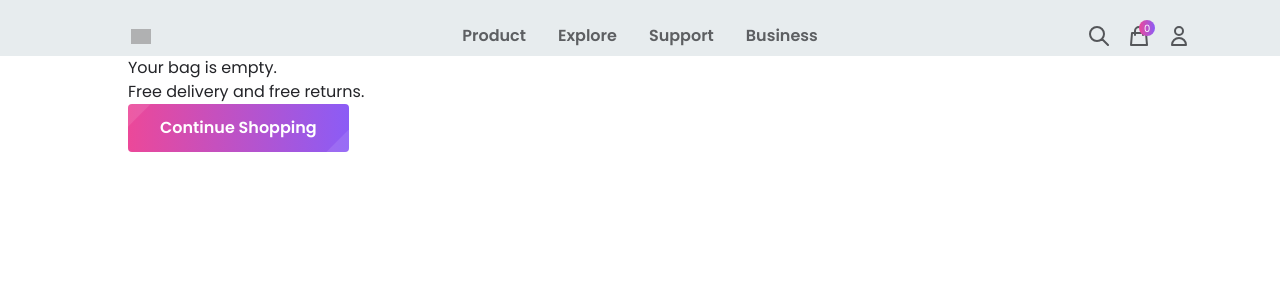
Repository: aliamini1422/semiAppleSite
Page: /checkout
These files come from the project's save history. The page is drawn as it stood at one moment and after the next save; the edit follows.
The browser window is 1280 px wide. The pictures show the whole page.
Pictures or frames that could not be fetched are drawn as grey boxes. The page's requests for data from a server got no answer. The project was rebuilt for these pictures with package versions that can differ from the ones it lists, and the page was loaded fresh each time. The framework's server and built-in components were replaced by stand-ins that run in the browser. No one was signed in, and anything a server would have sent is missing. Also part of the build but not shown: next.config.js, sanity.js, components/CheckoutProduct.tsx.

Above is the page before, as saved 2022-09-05 02:22:57.

### pages/_app.tsx
import '../styles/globals.css'
import type { AppProps } from 'next/app'
import { Provider} from "react-redux";
import { store } from "../redux/store";
import { Toaster } from "react-hot-toast";

function MyApp({ Component, pageProps }: AppProps) {
  return (
    <Provider store={store}>
      <Toaster />
      <Component {...pageProps} />
    </Provider>
  )
}

export default MyApp

### pages/checkout.tsx
import React from 'react'
import Header from '../components/Header'
import { useSelector } from 'react-redux';
import { selectBasketItems } from '../redux/basketSlice';
import { useRouter } from 'next/router';
import Button from '../components/Button';
import { useState, useEffect } from 'react';
import CheckoutProduct from '../components/CheckoutProduct';

function checkout() {
    const items = useSelector(selectBasketItems);
    const router = useRouter();
    const [groupedItemsInBasket, setGroupedItemsInBasket] = useState({} as {[key: string]: Product []});


    useEffect(()=>{
        const groupedItems = items.reduce((results, item)=>{
            (results[item._id] = results[item._id] || []).push(item);
            return results;
        },{} as {[key: string]: Product []})
        setGroupedItemsInBasket(groupedItems);
    },[items]);



  return (
    <div>
        <Header />
        <main className='mx-auto max-w-5xl pb-24'>
            <div>
                <h1>{items.length > 0 ? "Review your bag" : "Your bag is empty."}</h1>
            </div>
            <p>Free delivery and free returns.</p>
            {items.length === 0 && (<Button title='Continue Shopping' onClick={()=>router.push("/")} />)}
            <div>
                {items.length > 0 && (
                    <div className='mx-8 md:mx-16'>
                        {Object.entries(groupedItemsInBasket).map(([key, items]) =>(
                            <CheckoutProduct key={key} items={items} id={key} />
                        ))}
                    </div>
                )}
            </div>
        </main>
    </div>
  )
}

export default checkout

### styles/globals.css
@import url('https://fonts.googleapis.com/css2?family=Poppins:ital,wght@0,100;0,200;0,300;0,400;0,500;0,600;0,700;0,800;0,900;1,100;1,200;1,400;1,500;1,600;1,700;1,800;1,900&display=swap');
@tailwind base;
@tailwind components;
@tailwind utilities;

@layer base{
    body{
        @apply font-body text-[#232428]
    }
}
@layer components{
    .headerLink{
        @apply cursor-pointer  font-semibold opacity-70 transition hover:opacity-100
    }
    .headerIcon{
        @apply w-6 h-6 cursor-pointer opacity-75 transition hover:opacity-100
    }
    .link{
        @apply relative cursor-pointer text-lg font-medium before:absolute before:inset-x-0 before:rounded-bl before:origin-left before:-bottom-1.5
         before:h-0.5 before:bg-black before:transform before:scale-x-0 before:transition-all before:duration-200
         hover:before:scale-x-100
    }

    .borderGradient{
        @apply text-center pb-1 bg-gradient-to-r from-[#ec4899] to-[#8b5cf6] bg-left-bottom bg-no-repeat bg-[length:100%_2px]
    }
    .tabPanel{
        @apply grid grid-cols-1 gap-8 sm:grid-cols-2 md:grid-cols-1 lg:grid-cols-2 xl:grid-cols-3
    }
}

### redux/store.ts
import { configureStore } from '@reduxjs/toolkit'
import basketReducer from './basketSlice';

export const store = configureStore({
  reducer: {
    basket: basketReducer,
  },
})

// Infer the `RootState` and `AppDispatch` types from the store itself
export type RootState = ReturnType<typeof store.getState>
// Inferred type: {posts: PostsState, comments: CommentsState, users: UsersState}
export type AppDispatch = typeof store.dispatch

### components/Header.tsx
import Image from 'next/image'
import Link from 'next/link'
import React from 'react'
import { useSelector } from 'react-redux';
import {SearchIcon, ShoppingBagIcon, UserIcon} from '@heroicons/react/outline';
import { selectBasketItems } from '../redux/basketSlice';
import { useRouter } from 'next/router';
function Header() {
  const router = useRouter();
  const items = useSelector(selectBasketItems);
  const session = false;
  return (
    <header className='sticky top-0 w-full z-30 flex items-center justify-between bg-[#E7ECEE] pt-4 px-4'>
      <div className='flex items-center justify-center md:w-1/5'>
        <Link href= "/">
          <div className='relative w-5 h-10 cursor-pointer opacity-75  transition hover:opacity-100'>
            <Image src="https://upload.wikimedia.org/wikipedia/commons/thumb/f/fa/Apple_logo_black.svg/1667px-Apple_logo_black.svg.png" layout='fill' objectFit='contain'/>
          </div>
        </Link>
      </div>
      <div className='hidden flex-1 items-center justify-center space-x-8 md:flex'>
        <a className='headerLink' href="/">Product</a>
        <a className='headerLink' href="/">Explore</a>
        <a className='headerLink' href="/">Support</a>
        <a className='headerLink' href="/">Business</a>
      </div>
      <div className='flex gap-x-4 items-center justify-center md:w-1/5'>
        <SearchIcon className='headerIcon'/>
        <div className='relative cursor-pointer'>
          <span className='absolute -right-1 -top-1 z-30 flex items-center w-4 h-4 justify-center bg-gradient-to-r from-pink-500 to-violet-500
          rounded-full text-[10px] text-white'>{items.length}</span>
          <ShoppingBagIcon className='headerIcon' onClick={()=>{router.push("/checkout")}}/>
        </div>
        {session ? (<Image src="" className='cursor-pointer rounded-full'/>): (<UserIcon className='headerIcon'/>)}
      </div>
    </header>
  )
}

export default Header

### redux/basketSlice.ts
import { createSlice } from '@reduxjs/toolkit'
import type { PayloadAction } from '@reduxjs/toolkit'
import type { RootState } from './store'
import { stat } from 'fs'

// Define a type for the slice state
interface BasketState {
  items:Product[]
}

// Define the initial state using that type
const initialState: BasketState = {
  items:[],
}

export const basketSlice = createSlice({
  name: 'basket',
  // `createSlice` will infer the state type from the `initialState` argument
  initialState,
  reducers: {
    addToBasket: (state: BasketState, action:PayloadAction<Product>) => {
      state.items = [...state.items, action.payload];
    },
    removeFromBasket: (
      state: BasketState,
      action: PayloadAction<{ id: string }>
    ) => {
      const index = state.items.findIndex(
        (item: Product) => item._id === action.payload.id
      );

      let newBasket = [...state.items];

      if (index >= 0) {
        newBasket.splice(index, 1);
      } else {
        console.log(
          `Cant remove product (id: ${action.payload.id}) as its not in basket!`
        );
      }

      state.items = newBasket;
    },
    // Use the PayloadAction type to declare the contents of `action.payload`

  },
})

export const { addToBasket, removeFromBasket } = basketSlice.actions

// Other code such as selectors can use the imported `RootState` type
export const selectBasketItems = (state: RootState) => state.basket.items;
export const selectBasketItemsWithId = (state: RootState, id:string) => {
    state.basket.items.filter((item:Product)=> item._id === id);
 };
export const selectBasketTotal = (state: RootState)=>{
    state.basket.items.reduce((total:number, item:Product)=>(total += item.price),0);
}

export default basketSlice.reducer

### components/Button.tsx
import React from 'react'

interface Props{
    title:string;
    onClick?: ()=> void;
    width?:string;
    loading?:boolean;
    padding?:string;
    noIcon?:boolean;
}


function Button({ title, onClick, width, loading, padding, noIcon }: Props) {
    return (
      <button
        className={`ease group relative z-30 box-border inline-flex ${
          width ? width : "w-auto"
        } ${padding} cursor-pointer items-center justify-center overflow-hidden rounded bg-indigo-600 bg-gradient-to-r from-pink-500 to-violet-500 px-8 py-3 font-bold text-white transition-all duration-300 focus:outline-none`}
        onClick={onClick}
      >
        <span className="absolute bottom-0 right-0 -mb-8 -mr-5 h-20 w-8 translate-x-1 rotate-45 transform bg-white opacity-10 transition-all duration-300 ease-out group-hover:translate-x-0"></span>
        <span className="absolute top-0 left-0 -mt-1 -ml-12 h-8 w-20 -translate-x-1 -rotate-45 transform bg-white opacity-10 transition-all duration-300 ease-out group-hover:translate-x-0"></span>

        <span className="relative z-20 flex items-center font-semibold">
          {noIcon && (
            <svg
              className="relative mr-2 h-5 w-5 flex-shrink-0 text-white"
              fill="none"
              stroke="currentColor"
              viewBox="0 0 24 24"
              xmlns="http://www.w3.org/2000/svg"
            >
              <path
                strokeLinecap="round"
                strokeLinejoin="round"
                strokeWidth="2"
                d="M13 10V3L4 14h7v7l9-11h-7z"
              ></path>
            </svg>
          )}
          {loading ? "Loading..." : title}
        </span>
      </button>
    );
  }

  export default Button;

### tailwind.config.js
/** @type {import('tailwindcss').Config} */
module.exports = {
  content: [
    './pages/**/*.{js,ts,jsx,tsx}',
    './components/**/*.{js,ts,jsx,tsx}',
  ],
  theme: {
    extend: {
      fontFamily :{
        body: ["Poppins", "Sans-serif"],
      }
    },
  },
  plugins: [],
}

After the next save:
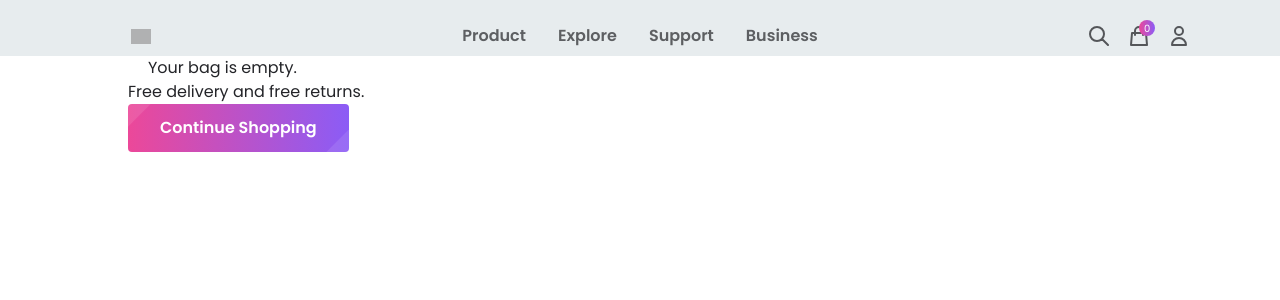
Saved 10 s later.
--- a/pages/checkout.tsx
+++ b/pages/checkout.tsx
@@ -27,7 +27,7 @@ function checkout() {
     <div>
         <Header />
         <main className='mx-auto max-w-5xl pb-24'>
-            <div>
+            <div className='px-5'>
                 <h1>{items.length > 0 ? "Review your bag" : "Your bag is empty."}</h1>
             </div>
             <p>Free delivery and free returns.</p>
